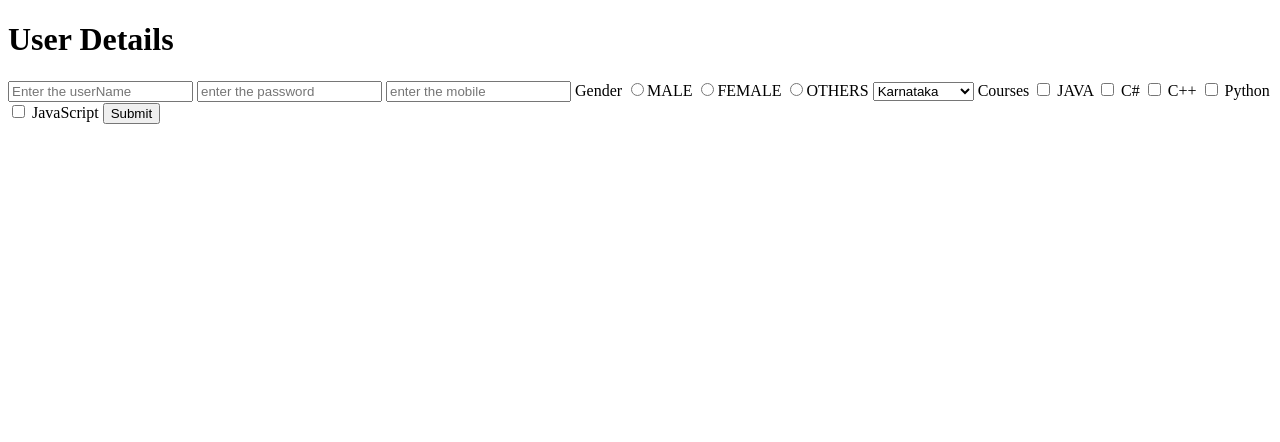
Repository: Nitin-Kalshetty/Training_Java
Page: http://localhost/usertaglibrary/controller.do
These files come from the project's save history. The page is drawn as it stood at one moment and after the next save; the edit follows.
The browser window is 1280 px wide. The pictures show the whole page.
The page is served by Tomcat 9. Other server files are loaded and not shown.

Above is the page before, as saved 2023-05-28 17:00:50.

### usertaglibrary/src/main/webapp/register.jsp
<%@page import="java.util.List"%>
<%@ page isELIgnored="false" language="java" contentType="text/html; charset=UTF-8"
    pageEncoding="UTF-8"%>
<%@ taglib prefix="c" uri="http://java.sun.com/jsp/jstl/core" %>
<!DOCTYPE html>
<html>
<head>
<meta charset="UTF-8">
<title>Insert title here</title>
</head>
<body>

<h1>User Details</h1>
<form action="display.jsp" method="POST" >
<input placeholder="Enter the userName" name="username" />
<input placeholder="enter the password" name="password" />
<input placeholder="enter the mobile" name="mobile" />
<label for="gender" >Gender</label>
<input type="radio" name="gender" value="male" />MALE
<input type="radio" name="gender" value="female" />FEMALE
<input type="radio" name="gender" value="others" />OTHERS



<select name="selectstate" >
<c:forEach items="${requestScope.allstates}"  var="state">
<option  value="${state}">${state}</option>
</c:forEach>
</select>


<label for="selectcourses" >Courses</label>
<c:forEach items="${requestScope.allcourses}"  var="course">
<input type="checkbox" name="selectcourses" value="${course}" /> ${course}
</c:forEach>


<input type="submit" value="Submit" />

</form>

</body>
</html>

### usertaglibrary/src/main/java/com/rockers/controllers/Controller.java
package com.rockers.controllers;

import java.io.IOException;
import java.util.ArrayList;
import java.util.List;

import javax.servlet.ServletException;
import javax.servlet.http.HttpServlet;
import javax.servlet.http.HttpServletRequest;
import javax.servlet.http.HttpServletResponse;


public class Controller extends HttpServlet {
	private static final long serialVersionUID = 1L;

    /**
     * @see HttpServlet#HttpServlet()
     */
	List<String> states = null;
	List<String> courses = null;
    public Controller() {
        super();
        // TODO Auto-generated constructor stub
        states = new ArrayList<>();
        states.add("Karnataka");
        states.add("TamilNadu");
        states.add("Maharastra");
        states.add("Delhi");
        states.add("Kerala");
        states.add("UttarPradesh");
        courses = new ArrayList<>();
        courses.add("JAVA");
        courses.add("C#");
        courses.add("C++");
        courses.add("Python");
        courses.add("JavaScript");

    }

	/**
	 * @see HttpServlet#doGet(HttpServletRequest request, HttpServletResponse response)
	 */
	protected void doGet(HttpServletRequest request, HttpServletResponse response) throws ServletException, IOException {
		request.setAttribute("allstates", states);
		request.setAttribute("allcourses", courses);
		request.getRequestDispatcher("register.jsp").forward(request, response);
	}

	/**
	 * @see HttpServlet#doPost(HttpServletRequest request, HttpServletResponse response)
	 */
	protected void doPost(HttpServletRequest request, HttpServletResponse response) throws ServletException, IOException {
		// TODO Auto-generated method stub
		doGet(request, response);
	}

}

After the next save:
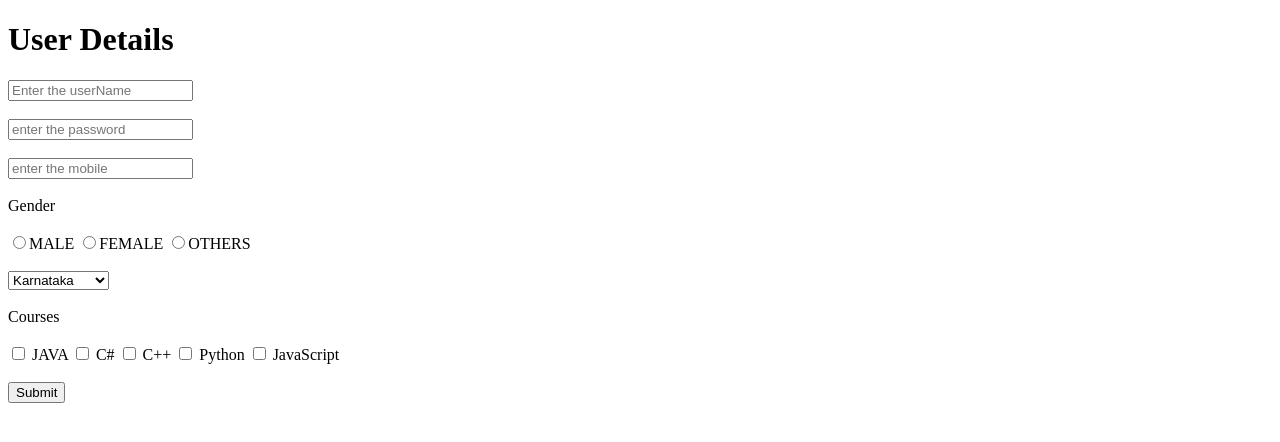
Saved 11 h 1 min later.
--- a/usertaglibrary/src/main/webapp/register.jsp
+++ b/usertaglibrary/src/main/webapp/register.jsp
@@ -13,27 +13,40 @@
 <h1>User Details</h1>
 <form action="display.jsp" method="POST" >
 <input placeholder="Enter the userName" name="username" />
+<br>
+<br>
 <input placeholder="enter the password" name="password" />
+<br>
+<br>
 <input placeholder="enter the mobile" name="mobile" />
+<br>
+<br>
 <label for="gender" >Gender</label>
+<br>
+<br>
 <input type="radio" name="gender" value="male" />MALE
 <input type="radio" name="gender" value="female" />FEMALE
 <input type="radio" name="gender" value="others" />OTHERS
+<br>
+<br>
 
 
-
-<select name="selectstate" >
+<select name="selectstate" >State
 <c:forEach items="${requestScope.allstates}"  var="state">
 <option  value="${state}">${state}</option>
 </c:forEach>
 </select>
-
+<br>
+<br>
 
 <label for="selectcourses" >Courses</label>
+<br>
+<br>
 <c:forEach items="${requestScope.allcourses}"  var="course">
 <input type="checkbox" name="selectcourses" value="${course}" /> ${course}
 </c:forEach>
-
+<br>
+<br>
 
 <input type="submit" value="Submit" />
 
